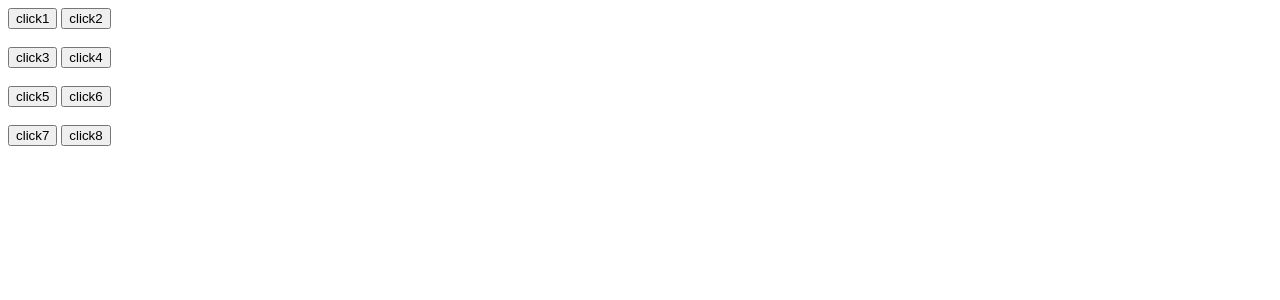
Repository: Jeong43/WebStudy
Page: JsonApp/WebContent/JsonTest08.html
These files come from the project's save history. The page is drawn as it stood at one moment and after the next save; the edit follows.
The browser window is 1280 px wide. The pictures show the whole page.

Above is the page before, as saved 2021-12-09 04:49:03.

After the next save:
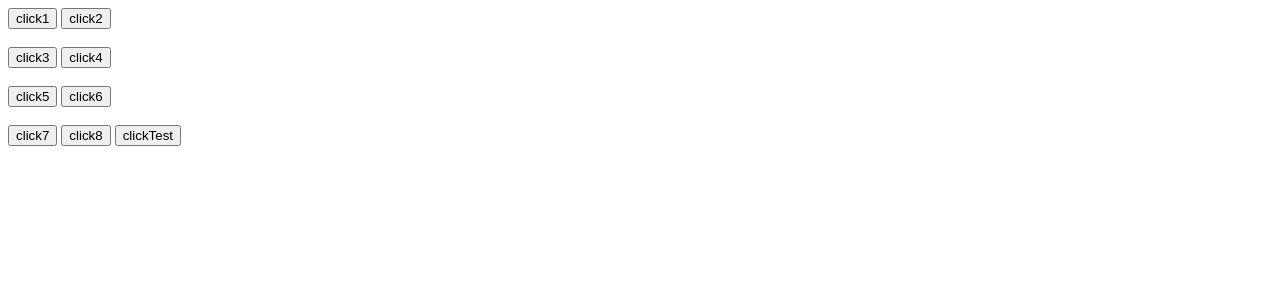
Saved 68 s later.
--- a/JsonApp/WebContent/JsonTest08.html
+++ b/JsonApp/WebContent/JsonTest08.html
@@ -64,6 +64,8 @@
 	<!-- → X -->
 	<!-- d -->
 
+	<!-- @@ -->
+	<input type="button" value="clickTest" onclick="alert(myJsonObj8.test[0][0])" />
 
 </form>
 
